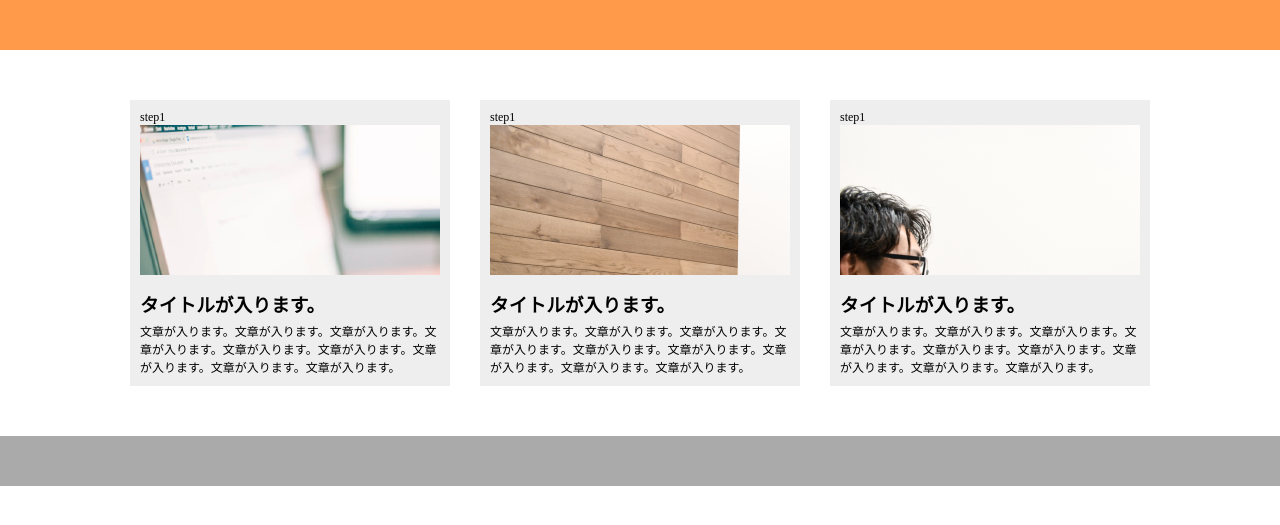
Repository: yukito7878/HTML-CSS-practice
Page: caravan/index9-practice.html
The author's editor kept a record of every edit. The page is drawn from the files as they stood at one moment, then again after the next edit.
The browser window is 1280 px wide. The pictures show the whole page.

Above is the page before.

### caravan/index9-practice.html
<!DOCTYPE html>
<html lang="ja">
  <head>
    <meta charset="UTF-8" />
    <!-- CSSファイルの読み込み -->
    <link rel="stylesheet" href="style9-practice.css" />
    <title>CARAVAN</title>
  </head>

  <body>
    <header class="header"></header>
    <main>
      <div class="main-block">
        <div class="each-block">
          <p class="step">step1</p>
          <div class="image image1"></div>
          <h3>タイトルが入ります。</h3>
          <p>文章が入ります。文章が入ります。文章が入ります。文章が入ります。文章が入ります。文章が入ります。文章が入ります。文章が入ります。文章が入ります。</p>
        </div>
        <div class="each-block">
          <p class="step">step1</p>
          <div class="image image2"></div>
          <h3>タイトルが入ります。</h3>
          <p>文章が入ります。文章が入ります。文章が入ります。文章が入ります。文章が入ります。文章が入ります。文章が入ります。文章が入ります。文章が入ります。</p>
        </div>
        <div class="each-block">
          <p class="step">step1</p>
          <div class="image image3"></div>
          <h3>タイトルが入ります。</h3>
          <p>文章が入ります。文章が入ります。文章が入ります。文章が入ります。文章が入ります。文章が入ります。文章が入ります。文章が入ります。文章が入ります。</p>
        </div>
      </div>
    </main>
    <footer class="footer"></footer>

  </body>
</html>

### caravan/style9-practice.css
*{
  margin: 0;
  padding: 0;
  box-sizing: border-box;
}

.header{
  width: 100%;
  height: 50px;
  background-color: #FF9A4B;
}

.main-block{
  width: 960px;
  margin: 50px auto;
  display: flex;
  justify-content: center;

}

.each-block{
  width: 33.333%;
  padding: 10px 10px;
  background-color: #EEEEEE;
}

.each-block:nth-child(1){
  margin-right: 30px;
}

.each-block:nth-child(3){
  margin-left: 30px;
}

.image{
  height: 150px;
  width: 300px;
}

.image1{
  background-image: url(img-chapter9/flow01.png);
}

.image2{
  background-image: url(img-chapter9/flow02.png);
}

.image3{
  background-image: url(img-chapter9/flow03.png);
}

.each-block h3{
  margin: 15px 0 5px 0;
}

.each-block p{
  font-size: 12px;
}

.footer{
  width: 100%;
  height: 50px;
  background-color: #AAAAAA;
}

After the next edit:
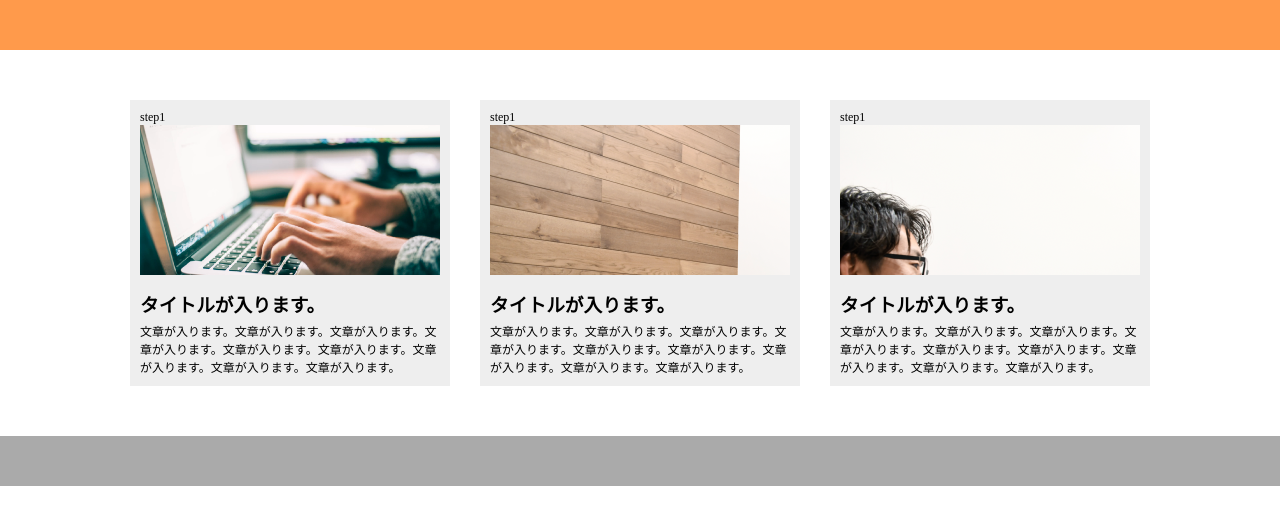
The edit:
--- a/caravan/style9-practice.css
+++ b/caravan/style9-practice.css
@@ -39,6 +39,8 @@
 
 .image1{
   background-image: url(img-chapter9/flow01.png);
+  background-size: cover; /* 縦横比を維持したまま背景領域を埋め尽くす */
+  background-position: center;
 }
 
 .image2{
